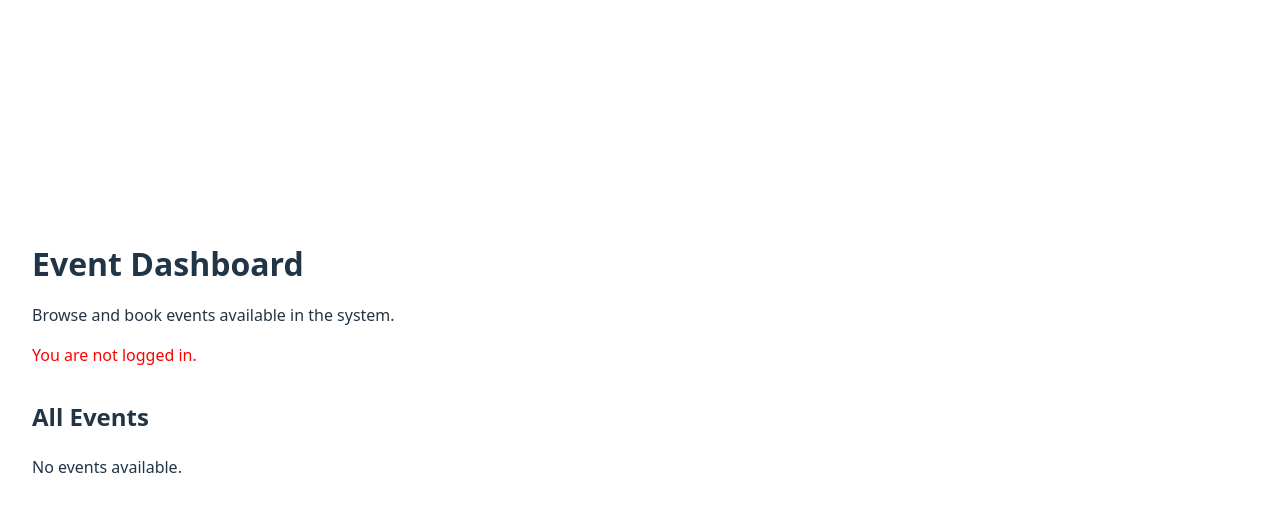
Repository: EphrahimLaanyu123/Karis
Page: /dashboard
An editor plug-in stored every save of this project. The page is shown before and after a run of saves, followed by the edit.
The browser window is 1280 px wide. The pictures show the whole page.
The page's requests for data from a server got no answer. The project was rebuilt for these pictures with package versions that can differ from the ones it lists, and the page was loaded fresh each time. No one was signed in, and anything a server would have sent is missing. Also part of the build but not shown: vite.config.js, src/components/Auth.jsx, src/components/admin/Dashboard.jsx, src/components/admin/ProtectedAdminRoute.jsx.

Above is the page before, as saved 2025-05-17 21:06:31.

### src/App.jsx
import React from 'react';
import { BrowserRouter as Router, Routes, Route, Navigate } from 'react-router-dom';

import Auth from './components/Auth';
import Dashboard from './components/Dashboard';
import AdminDashboard from './components/admin/Dashboard';
import ProtectedAdminRoute from './components/admin/ProtectedAdminRoute';

function App() {
  return (
    <Router>
      <Routes>
        <Route path="/" element={<Auth />} />
        <Route path="/dashboard" element={<Dashboard />} />

        <Route
          path="/admin/dashboard"
          element={
            <ProtectedAdminRoute>
              <AdminDashboard />
            </ProtectedAdminRoute>
          }
        />

        <Route path="*" element={<Navigate to="/" />} />
      </Routes>
    </Router>
  );
}

export default App;

### src/components/Dashboard.jsx
import React, { useEffect, useState } from 'react';

const Dashboard = () => {
  const [events, setEvents] = useState([]);
  const [loading, setLoading] = useState(true);
  const [user, setUser] = useState(null);
  const [bookingStatus, setBookingStatus] = useState({});
  const [ticketCounts, setTicketCounts] = useState({});
  const [token, setToken] = useState(null);

  useEffect(() => {
    const loadUserAndEvents = async () => {
      try {
        const storedUserToken = localStorage.getItem('userToken');

        if (!storedUserToken) {
          setUser(null);
          setToken(null);
        } else {
          try {
            // Decode token payload
            const tokenParts = storedUserToken.split('.');
            if (tokenParts.length !== 3) throw new Error('Invalid token format');

            const payloadBase64 = tokenParts[1];
            const decodedPayload = atob(payloadBase64.replace(/-/g, '+').replace(/_/g, '/'));
            const parsedPayload = JSON.parse(decodedPayload);

            // Extract both email and userId (_id)
            const userEmail = parsedPayload.email;
            const userId = parsedPayload._id || parsedPayload.id || parsedPayload.userId;

            if (userEmail && userId) {
              setUser({ email: userEmail, _id: userId });
              setToken(storedUserToken);
            } else {
              setUser(null);
              setToken(null);
            }
          } catch (error) {
            console.error('Error decoding/parsing userToken:', error);
            setUser(null);
            setToken(null);
          }
        }

        await fetchEvents();
      } catch (error) {
        console.error('Error loading data:', error);
      } finally {
        setLoading(false);
      }
    };

    loadUserAndEvents();
  }, []);

  const fetchEvents = async () => {
    try {
      const res = await fetch('http://localhost:3000/api/events');
      if (!res.ok) throw new Error(`HTTP error! status: ${res.status}`);
      const data = await res.json();
      const eventsArray = Array.isArray(data) ? data : data.events || [];
      setEvents(eventsArray);
    } catch (err) {
      console.error('Error fetching events:', err);
    } finally {
      setLoading(false);
    }
  };

  const handleBookTicket = async (eventId) => {
    if (!user || !token) {
      setBookingStatus((prev) => ({ ...prev, [eventId]: 'Please log in to book.' }));
      return;
    }

    const numberOfTickets = ticketCounts[eventId] || 1; // Default to 1 if empty

    if (numberOfTickets <= 0) {
      setBookingStatus((prev) => ({ ...prev, [eventId]: 'Please enter a valid number of tickets.' }));
      return;
    }

    try {
      const res = await fetch(`http://localhost:3000/api/attendees/book`, {
        method: 'POST',
        headers: {
          'Content-Type': 'application/json',
          'Authorization': `Bearer ${token}`, // send token in Authorization header
        },
        body: JSON.stringify({
          userId: user._id,
          eventId: eventId,
          numberOfTickets: numberOfTickets,
        }),
      });

      const result = await res.json();

      if (res.ok) {
        setBookingStatus((prev) => ({
          ...prev,
          [eventId]: `Successfully booked ${numberOfTickets} tickets!`,
        }));
        await fetchEvents(); // Refresh events after booking
        setTicketCounts((prev) => ({ ...prev, [eventId]: '' })); // Clear input
      } else {
        setBookingStatus((prev) => ({
          ...prev,
          [eventId]: result.message || 'Booking failed.',
        }));
      }
    } catch (error) {
      console.error('Error booking ticket:', error);
      setBookingStatus((prev) => ({
        ...prev,
        [eventId]: 'Booking failed due to server error.',
      }));
    }
  };

  const handleLogout = () => {
    localStorage.removeItem('userToken');
    setUser(null);
    setToken(null);
    alert('Logged out');
  };

  return (
    <div style={{ padding: '2rem' }}>
      <h1 style={{ fontSize: '2rem' }}>
        {user ? `Welcome ${user.email}` : 'Event Dashboard'}
      </h1>
      <p>Browse and book events available in the system.</p>

      {user ? (
        <p><button onClick={handleLogout}>Log out</button></p>
      ) : (
        <p style={{ color: 'red' }}>You are not logged in.</p>
      )}

      <h2 style={{ marginTop: '2rem' }}>All Events</h2>

      {loading ? (
        <p>Loading events...</p>
      ) : events.length === 0 ? (
        <p>No events available.</p>
      ) : (
        <ul style={{ listStyleType: 'none', padding: 0 }}>
          {events.map((event) => (
            <li
              key={event._id}
              style={{
                marginBottom: '1.5rem',
                padding: '1rem',
                border: '1px solid #ccc',
                borderRadius: '10px',
                backgroundColor: '#f9f9f9',
              }}
            >
              <h3>{event.title}</h3>
              <p>{new Date(event.date).toLocaleString()}</p>
              <p>{event.description}</p>
              <p><strong>Total Tickets:</strong> {event.tickets}</p>

              <div>
                <input
                  type="number"
                  placeholder="Number of Tickets"
                  value={ticketCounts[event._id] || ''}
                  onChange={(e) =>
                    setTicketCounts({
                      ...ticketCounts,
                      [event._id]: parseInt(e.target.value, 10) || '',
                    })
                  }
                  min="1"
                  style={{ marginRight: '10px' }}
                />
                <button
                  onClick={() => handleBookTicket(event._id)}
                  style={{
                    padding: '0.5rem 1rem',
                    borderRadius: '5px',
                    backgroundColor: '#007bff',
                    color: '#fff',
                    border: 'none',
                    cursor: 'pointer',
                  }}
                >
                  Book Ticket(s)
                </button>
              </div>

              {bookingStatus[event._id] && (
                <p
                  style={{
                    marginTop: '0.5rem',
                    color: bookingStatus[event._id].includes('Successfully') ? 'green' : 'red',
                  }}
                >
                  {bookingStatus[event._id]}
                </p>
              )}
            </li>
          ))}
        </ul>
      )}
    </div>
  );
};

export default Dashboard;

### src/components/Auth.css
/* Base colors and variables */
:root {
    --color-bg: #111827;
    --color-card: rgba(17, 24, 39, 0.8);
    --color-input-bg: rgba(31, 41, 55, 0.6);
    --color-primary: #3B82F6;
    --color-secondary: #818CF8;
    --color-accent: #F472B6;
    --color-text: #F9FAFB;
    --color-text-secondary: #D1D5DB;
    --color-error: #EF4444;
    --color-success: #10B981;
    --color-admin: #F472B6;
    --color-user: #818CF8;
    --radius-sm: 4px;
    --radius-md: 8px;
    --radius-lg: 12px;
    --shadow-sm: 0 1px 2px rgba(0, 0, 0, 0.05);
    --shadow-md: 0 4px 6px rgba(0, 0, 0, 0.1);
    --shadow-lg: 0 10px 15px rgba(0, 0, 0, 0.1);
    --transition: all 0.3s ease;
  }

  /* Auth container */
  .auth-container {
    display: flex;
    justify-content: center;
    align-items: center;
    min-height: 100vh;
    padding: 20px;
    background: linear-gradient(135deg, #0F172A 0%, #1E293B 100%);
    font-family: -apple-system, BlinkMacSystemFont, "Segoe UI", Roboto, Helvetica, Arial, sans-serif;
  }

  /* Auth card */
  .auth-card {
    width: 100%;
    max-width: 400px;
    padding: 32px;
    background: var(--color-card);
    border-radius: var(--radius-lg);
    box-shadow: var(--shadow-lg);
    backdrop-filter: blur(10px);
    border: 1px solid rgba(255, 255, 255, 0.1);
    animation: fadeIn 0.5s ease-out;
  }

  /* Authentication title */
  .auth-title {
    margin: 0 0 24px;
    text-align: center;
    font-size: 24px;
    font-weight: 600;
    color: var(--color-text);
    display: flex;
    flex-direction: column;
    gap: 8px;
  }

  .auth-type {
    font-size: 16px;
    font-weight: 500;
    padding: 4px 12px;
    border-radius: var(--radius-md);
    display: inline-block;
    align-self: center;
  }

  .admin-type {
    background-color: var(--color-admin);
    color: var(--color-bg);
  }

  .user-type {
    background-color: var(--color-user);
    color: var(--color-bg);
  }

  .auth-mode {
    font-weight: 700;
  }

  /* Toggle containers */
  .toggle-container {
    display: flex;
    justify-content: center;
    gap: 8px;
    margin-bottom: 20px;
    padding: 4px;
    background-color: rgba(31, 41, 55, 0.5);
    border-radius: var(--radius-md);
  }

  .toggle-btn {
    background: transparent;
    border: none;
    padding: 8px 16px;
    font-size: 14px;
    font-weight: 500;
    color: var(--color-text-secondary);
    border-radius: var(--radius-sm);
    cursor: pointer;
    transition: var(--transition);
    flex: 1;
    text-align: center;
  }

  .toggle-btn:hover:not(:disabled) {
    color: var(--color-text);
  }

  .toggle-btn.active {
    background-color: rgba(59, 130, 246, 0.2);
    color: var(--color-primary);
  }

  .toggle-btn:disabled {
    cursor: default;
  }

  /* Form styling */
  .auth-form {
    display: flex;
    flex-direction: column;
    gap: 20px;
  }

  .form-group {
    position: relative;
  }

  .form-group input {
    width: 100%;
    padding: 16px;
    font-size: 16px;
    background-color: var(--color-input-bg);
    border: 1px solid rgba(255, 255, 255, 0.1);
    border-radius: var(--radius-md);
    color: var(--color-text);
    transition: var(--transition);
    outline: none;
  }

  .form-group input:focus {
    border-color: var(--color-primary);
    box-shadow: 0 0 0 2px rgba(59, 130, 246, 0.3);
  }

  .form-group label {
    position: absolute;
    left: 16px;
    top: 16px;
    color: var(--color-text-secondary);
    font-size: 16px;
    pointer-events: none;
    transition: var(--transition);
  }

  .form-group input:focus + label,
  .form-group input:not(:placeholder-shown) + label {
    transform: translateY(-24px) scale(0.85);
    color: var(--color-primary);
  }

  /* Auth button */
  .auth-button {
    margin-top: 8px;
    padding: 14px 24px;
    background: linear-gradient(90deg, var(--color-primary), var(--color-secondary));
    color: white;
    border: none;
    border-radius: var(--radius-md);
    font-size: 16px;
    font-weight: 600;
    cursor: pointer;
    transition: var(--transition);
    box-shadow: var(--shadow-md);
  }

  .auth-button:hover {
    transform: translateY(-2px);
    box-shadow: 0 6px 12px rgba(59, 130, 246, 0.3);
  }

  .auth-button:active {
    transform: translateY(0);
  }

  /* Animations */
  @keyframes fadeIn {
    from {
      opacity: 0;
      transform: translateY(10px);
    }
    to {
      opacity: 1;
      transform: translateY(0);
    }
  }

  /* Responsive styles */
  @media (max-width: 480px) {
    .auth-card {
      padding: 24px 16px;
    }

    .auth-title {
      font-size: 20px;
      margin-bottom: 16px;
    }

    .toggle-btn {
      padding: 6px 12px;
      font-size: 13px;
    }

    .form-group input {
      padding: 14px;
      font-size: 15px;
    }

    .form-group label {
      font-size: 15px;
      top: 14px;
    }

    .auth-button {
      padding: 12px 20px;
      font-size: 15px;
    }
  }

Loaded but not shown: index.html (common file); src/main.jsx (common file); src/index.css (common file)

After the next 2 saves:
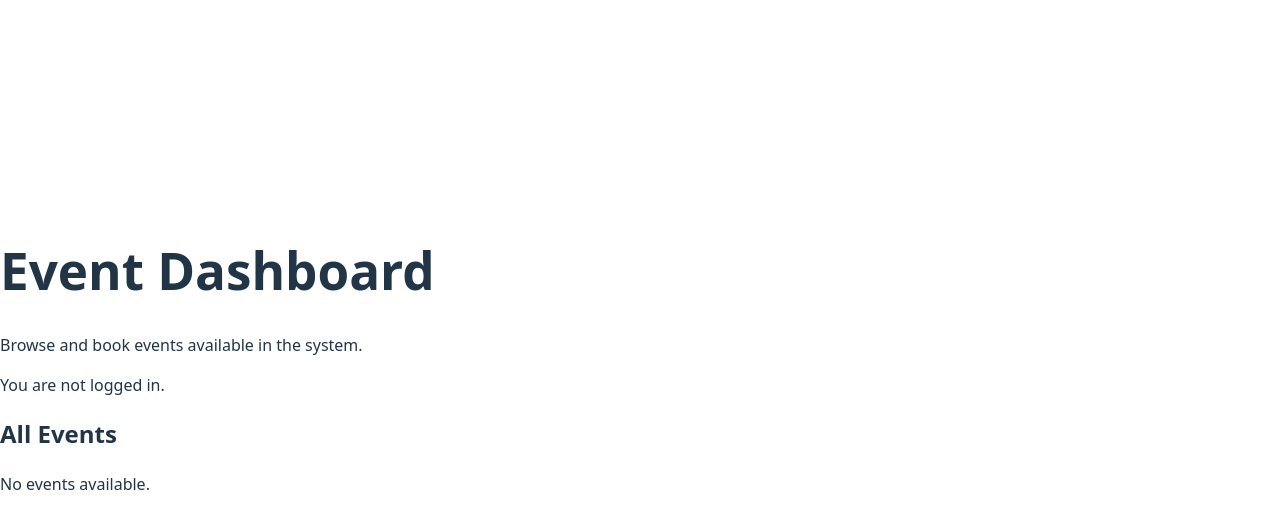
The 2 saves are shown as one change because they came seconds apart.
The last was saved 24 s later.
--- a/src/components/Dashboard.jsx
+++ b/src/components/Dashboard.jsx
@@ -128,85 +128,70 @@ const Dashboard = () => {
   };
 
   return (
-    <div style={{ padding: '2rem' }}>
-      <h1 style={{ fontSize: '2rem' }}>
-        {user ? `Welcome ${user.email}` : 'Event Dashboard'}
-      </h1>
-      <p>Browse and book events available in the system.</p>
+    <div className="dashboard-container">
+      <div className="dashboard-header">
+        <h1 className="dashboard-title">
+          {user ? `Welcome ${user.email}` : 'Event Dashboard'}
+        </h1>
+        <p className="dashboard-subtitle">Browse and book events available in the system.</p>
 
-      {user ? (
-        <p><button onClick={handleLogout}>Log out</button></p>
-      ) : (
-        <p style={{ color: 'red' }}>You are not logged in.</p>
-      )}
+        {user ? (
+          <button className="logout-button" onClick={handleLogout}>Log out</button>
+        ) : (
+          <p className="not-logged-in">You are not logged in.</p>
+        )}
+      </div>
 
-      <h2 style={{ marginTop: '2rem' }}>All Events</h2>
+      <div className="events-container">
+        <h2 className="events-title">All Events</h2>
 
-      {loading ? (
-        <p>Loading events...</p>
-      ) : events.length === 0 ? (
-        <p>No events available.</p>
-      ) : (
-        <ul style={{ listStyleType: 'none', padding: 0 }}>
-          {events.map((event) => (
-            <li
-              key={event._id}
-              style={{
-                marginBottom: '1.5rem',
-                padding: '1rem',
-                border: '1px solid #ccc',
-                borderRadius: '10px',
-                backgroundColor: '#f9f9f9',
-              }}
-            >
-              <h3>{event.title}</h3>
-              <p>{new Date(event.date).toLocaleString()}</p>
-              <p>{event.description}</p>
-              <p><strong>Total Tickets:</strong> {event.tickets}</p>
+        {loading ? (
+          <p className="loading-text">Loading events...</p>
+        ) : events.length === 0 ? (
+          <p className="loading-text">No events available.</p>
+        ) : (
+          <ul className="events-list">
+            {events.map((event) => (
+              <li key={event._id} className="event-card">
+                <h3 className="event-title">{event.title}</h3>
+                <p className="event-date">{new Date(event.date).toLocaleString()}</p>
+                <p className="event-description">{event.description}</p>
+                <p className="event-tickets">Total Tickets: {event.tickets}</p>
 
-              <div>
-                <input
-                  type="number"
-                  placeholder="Number of Tickets"
-                  value={ticketCounts[event._id] || ''}
-                  onChange={(e) =>
-                    setTicketCounts({
-                      ...ticketCounts,
-                      [event._id]: parseInt(e.target.value, 10) || '',
-                    })
-                  }
-                  min="1"
-                  style={{ marginRight: '10px' }}
-                />
-                <button
-                  onClick={() => handleBookTicket(event._id)}
-                  style={{
-                    padding: '0.5rem 1rem',
-                    borderRadius: '5px',
-                    backgroundColor: '#007bff',
-                    color: '#fff',
-                    border: 'none',
-                    cursor: 'pointer',
-                  }}
-                >
-                  Book Ticket(s)
-                </button>
-              </div>
+                <div className="booking-container">
+                  <input
+                    type="number"
+                    className="ticket-input"
+                    placeholder="Number of Tickets"
+                    value={ticketCounts[event._id] || ''}
+                    onChange={(e) =>
+                      setTicketCounts({
+                        ...ticketCounts,
+                        [event._id]: parseInt(e.target.value, 10) || '',
+                      })
+                    }
+                    min="1"
+                  />
+                  <button
+                    className="book-button"
+                    onClick={() => handleBookTicket(event._id)}
+                  >
+                    Book Ticket(s)
+                  </button>
+                </div>
 
-              {bookingStatus[event._id] && (
-                <p
-                  style={{
-                    marginTop: '0.5rem',
-                    color: bookingStatus[event._id].includes('Successfully') ? 'green' : 'red',
-                  }}
-                >
-                  {bookingStatus[event._id]}
-                </p>
-              )}
-            </li>
-          ))}
-        </ul>
-      )}
+                {bookingStatus[event._id] && (
+                  <p className={`booking-status ${
+                    bookingStatus[event._id].includes('Successfully') ? 'success' : 'error'
+                  }`}>
+                    {bookingStatus[event._id]}
+                  </p>
+                )}
+              </li>
+            ))}
+          </ul>
+        )}
+      </div>
     </div>
   );
 };
